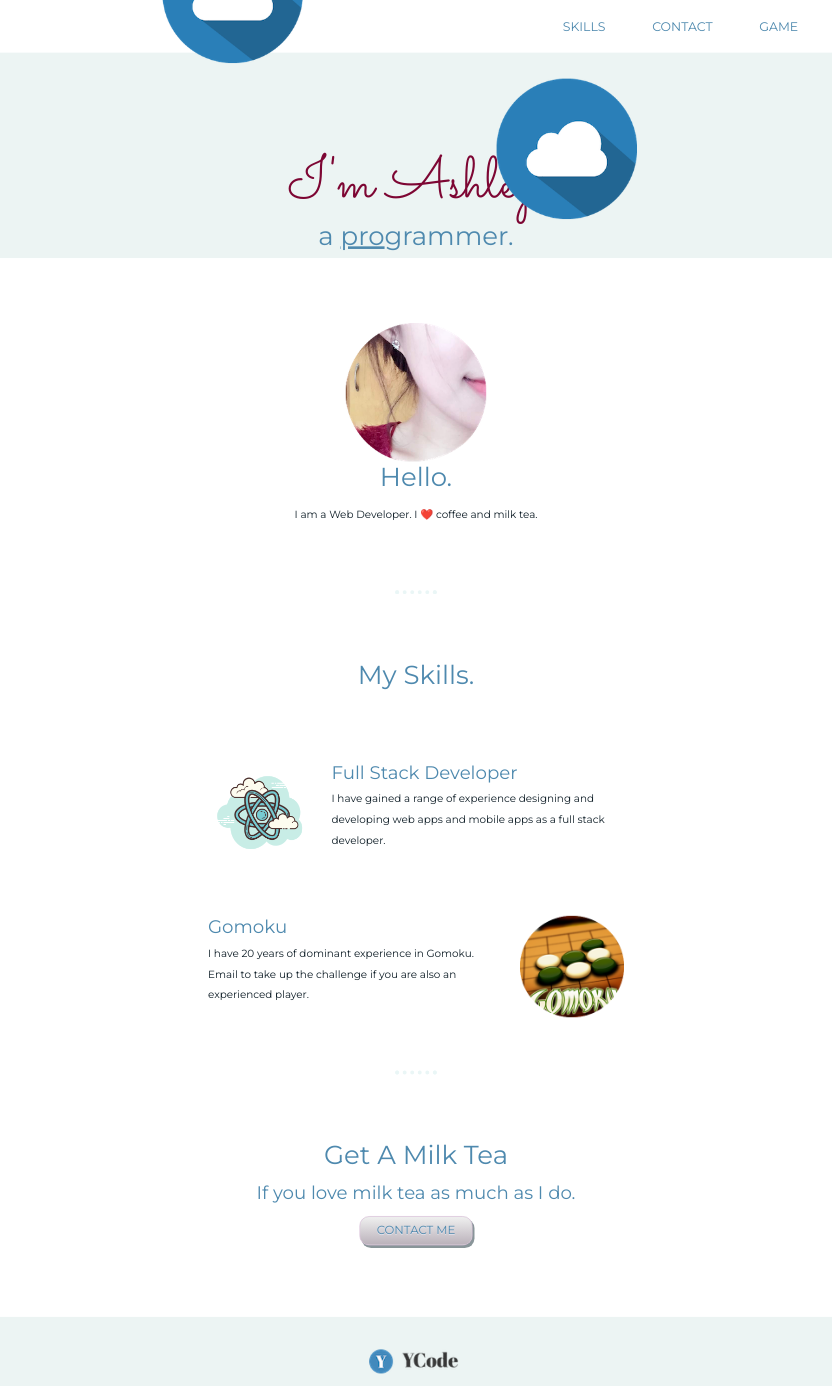
Repository: nosugarpls/YCode-my-website
Page: index.html
These files come from the project's save history. The page is drawn as it stood at one moment and after the next save; the edit follows.
The browser window is 1280 px wide. The pictures show the whole page, at 65% of full size.
Some web libraries are served in a nearby version.

Above is the page before, as saved 2020-09-24 16:06:38.

### index.html
<!DOCTYPE html>
<html>
<head>
  <meta charset="utf-8">
  <title>Ashley(Yu) Shi</title>


  <!-- CSS Stylesheets -->
  <link rel="stylesheet" href="https://maxcdn.bootstrapcdn.com/bootstrap/4.0.0/css/bootstrap.min.css" integrity="sha384-Gn5384xqQ1aoWXA+058RXPxPg6fy4IWvTNh0E263XmFcJlSAwiGgFAW/dAiS6JXm" crossorigin="anonymous">
  <link rel="stylesheet" href="css/styles.css">
  <link href="https://fonts.googleapis.com/css?family=Merriweather|Montserrat|Sacramento" rel="stylesheet">
  <link rel="icon" href="images/YLogo.png">


  <!-- Bootstrap Scripts -->
  <script src="https://code.jquery.com/jquery-3.2.1.slim.min.js" integrity="sha384-KJ3o2DKtIkvYIK3UENzmM7KCkRr/rE9/Qpg6aAZGJwFDMVNA/GpGFF93hXpG5KkN" crossorigin="anonymous"></script>
  <script src="https://cdnjs.cloudflare.com/ajax/libs/popper.js/1.12.9/umd/popper.min.js" integrity="sha384-ApNbgh9B+Y1QKtv3Rn7W3mgPxhU9K/ScQsAP7hUibX39j7fakFPskvXusvfa0b4Q" crossorigin="anonymous"></script>
  <script src="https://maxcdn.bootstrapcdn.com/bootstrap/4.0.0/js/bootstrap.min.js" integrity="sha384-JZR6Spejh4U02d8jOt6vLEHfe/JQGiRRSQQxSfFWpi1MquVdAyjUar5+76PVCmYl" crossorigin="anonymous"></script>
</head>

<body>

  <!-- Nav Bar -->
  <nav class="navbar navbar-expand-lg navbar-dark">
    <button class="navbar-toggler" type="button" data-toggle="collapse" data-target="#navbarToggler">
        <span class="navbar-toggler-icon"></span>
    </button>

    <div class="collapse navbar-collapse" id="navbarToggler">
      <ul class="navbar-nav ml-auto">
        <li class="nav-item">
          <a class="nav-link" href="#skills">SKILLS</a>
        </li>
        <li class="nav-item">
          <a class="nav-link" href="#contact">CONTACT</a>
        </li>
        <li class="nav-item">
          <a class="nav-link" href="piano.html">GAME</a>
        </li>
      </ul>
    </div>
  </nav>


  <div class="top-container">
    <img class="top-cloud" src="images/cloud.png" alt="cloud">
    <div class="title-text">
      <h1>I'm Ashley.</h1>
      <h2>a <span class="pro">pro</span>grammer.</h2>
    </div>
    <img class="bottom-cloud" src="images/cloud.png" alt="cloud">
  </div>

  <div class="middle-container">
    <div class="profile">
      <img src="images/ashely.png" alt="ashley-profile-img">
      <h2>Hello.</h2>
      <p class="intro">I am a Web Developer. I ❤️ coffee and milk tea.</p>
    </div>
    <hr>
    <div class="skills" id="skills">
      <h2>My Skills.</h2>
      <div class="skill-row">
        <img class="react-img" src="images/react.png" alt="react-img">
        <h3>Full Stack Developer</h3>
        <p>I have gained a range of experience designing and developing web apps and mobile apps as a full stack developer.</p>
      </div>
      <div class="skill-row">
        <img class="game-img" src="images/game.png" alt="game-img">
        <h3>Gomoku</h3>
        <p>I have 20 years of dominant experience in Gomoku. Email to take up the challenge if you are also an experienced player.</p>
      </div>

    </div>
    <hr>
    <div class="contact-me" id="contact">
      <h2>Get A Milk Tea</h2>
      <h3>If you love milk tea as much as I do.</h3>
      <a class="btn" href="mailto:coloraworld@gmail.com">CONTACT ME</a>
    </div>
  </div>


  <div class="bottom-container">
    <img src="images/logo.png" alt="img">
  </div>
</body>
</html>

### css/styles.css
body {
  color: #40514E;
  margin: 0;
  text-align: center;
  font-family: 'Merriweather', serif;
}

h1 {
  color: #7d0633;
  font-size: 5.625rem;
  margin: 50px auto 0 auto;
  font-family: 'Sacramento', cursive;
}

h2 {
  color: #4e89ae;
  font-family: 'Montserrat', sans-serif;
  font-size: 2.5rem;
  font-weight: normal;
  padding-bottom: 10px;
}

h3 {
  color: #4e89ae;
  font-family: 'Montserrat', sans-serif;
}

p {
  line-height: 2;
  color: #0f1e27;
  font-family: 'Montserrat', sans-serif;
}

hr {
  border: dotted #EAF6F6 6px;
  border-bottom: none;
  width: 4%;
  margin: 100px auto;
}

a {
  color: #4e89ae;
  font-family: 'Montserrat', sans-serif;
  margin: 10px 20px;
  text-decoration: none;
}


.top-container {
  background-color: #ecf4f3;
  position: relative;
  padding-top: 100px;
}

.middle-container {
  margin: 100px 0;
}

.bottom-container {
  background-color: #ecf4f3;
  padding: 50px 0 20px;
}

.skill-row {
  width: 50%;
  margin: 100px auto 100px auto;
  text-align: left;
}

.pro {
  text-decoration: underline;
}

.intro {
  width: 30%;
  margin: auto;
  color: #0f1e27;
  font-family: 'Montserrat', sans-serif;
}

.contact-message {
  width: 40%;
  margin: 40px auto 60px;
}

.top-cloud {
  position: absolute;
  right: 300px;
  top: 40px;
}

.bottom-cloud {
  position: absolute;
  left: 250px;
  bottom: 300px;
}

.react-img {
  width: 25%;
  float: left;
  margin-right: 30px;
}

.game-img {
  width: 25%;
  float: right;
  margin-left: 30px;
}

.btn {
	box-shadow: 3px 4px 0px 0px #899599;
	background:linear-gradient(to bottom, #ededed 5%, #bab1ba 100%);
	background-color:#ededed;
	border-radius:15px;
	border:1px solid #d6bcd6;
	display:inline-block;
	cursor:pointer;
	color:#4e89ae;
  font-family: 'Montserrat', sans-serif;
	font-size:18px;
	padding:8px 25px;
	text-decoration:none;
	text-shadow:0px 1px 0px #e1e2ed;
}

.btn:hover {
	background:linear-gradient(to bottom, #bab1ba 5%, #ededed 100%);
	background-color:#bab1ba;
}

.btn:active {
	position:relative;
	top:1px;
}

/* Navigation Bar */

.nav-item {
  padding: 0 8px;
}

.nav-link {
  font-size: 1.2rem;
  font-family: 'Montserrat', sans-serif;
  color: #4e89ae !important;
}

After the next save:
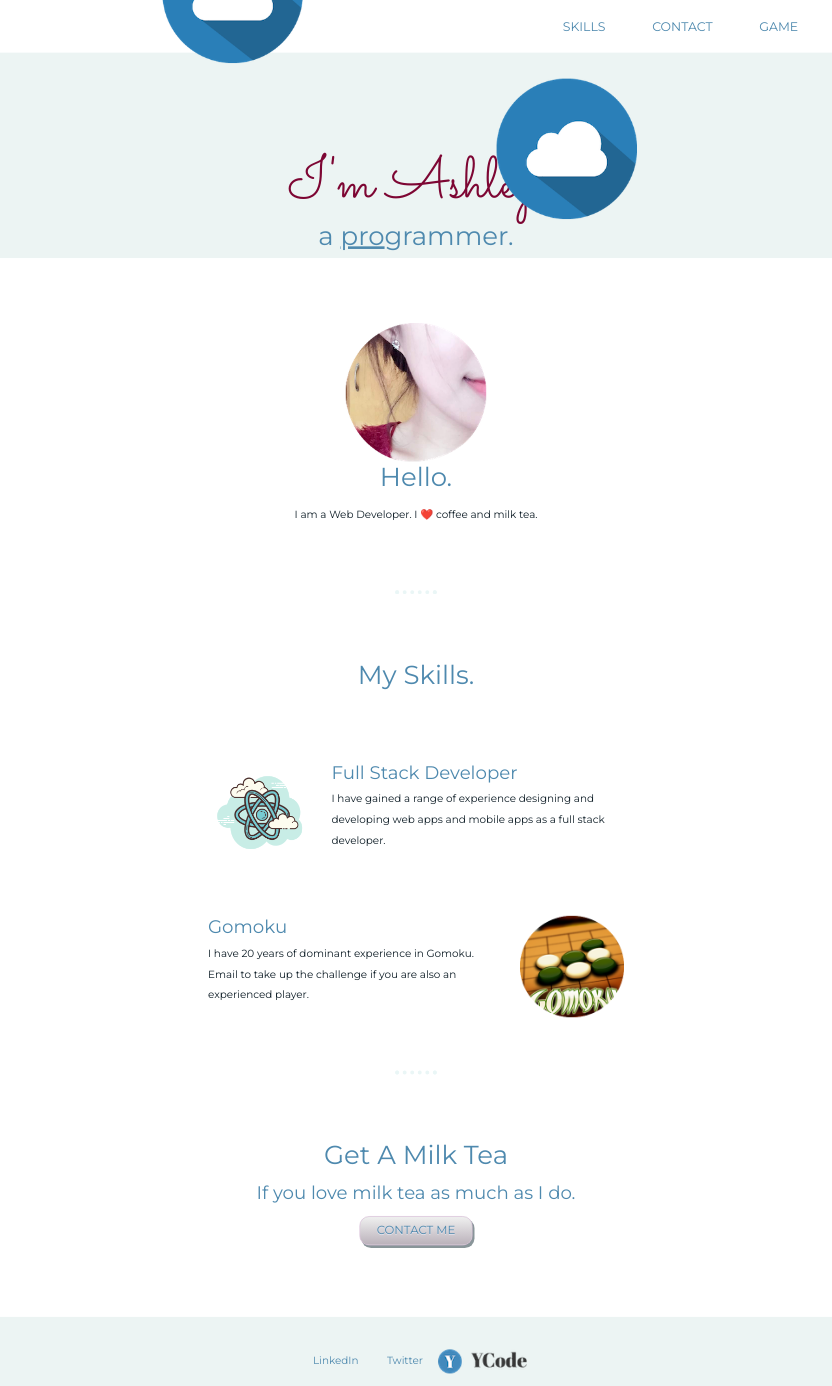
Saved 14 min 51 s later.
--- a/index.html
+++ b/index.html
@@ -82,6 +82,8 @@
 
 
   <div class="bottom-container">
+    <a href="https://www.linkedin.com/in/yu-ashley-shi-328239197/">LinkedIn</a>
+    <a href="https://github.com/nosugarpls">Twitter</a>
     <img src="images/logo.png" alt="img">
   </div>
 </body>
